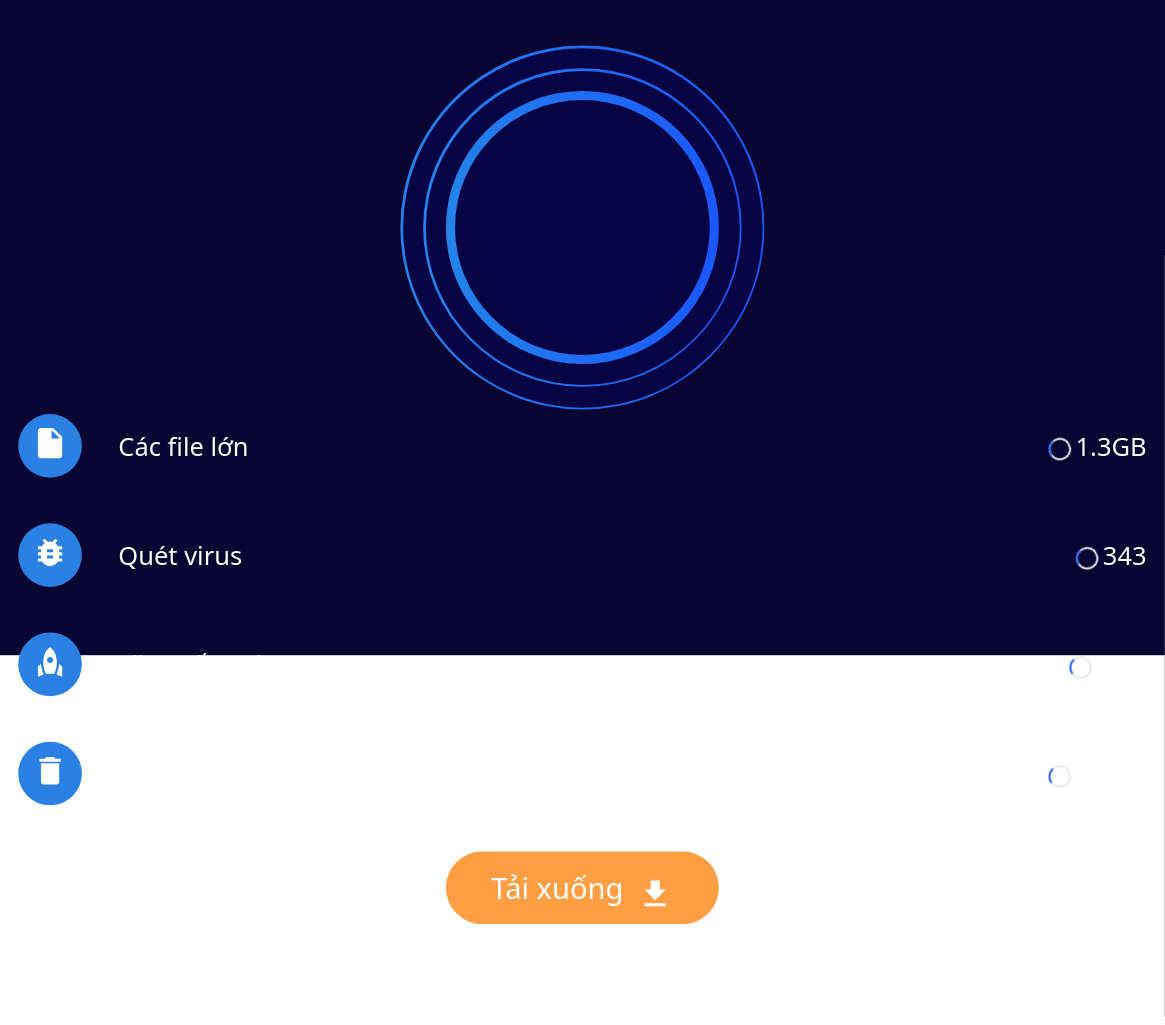
Repository: Kiendz3202/anti-virus-landingpage-mobile
Page: /, after clicking the first element matching `div.from-\[\#1CE5F8\]`
These files come from the project's save history. The page is drawn as it stood at one moment and after the next save; the edit follows.
The browser window is 1280 px wide. The pictures show the whole page, at 91% of full size.
The project was rebuilt for these pictures with package versions that can differ from the ones it lists, and the page was loaded fresh each time. The framework's server and built-in components were replaced by stand-ins that run in the browser. Also part of the build but not shown: next.config.js.

Above is the page before, as saved 2023-01-08 19:49:37.

### pages/index.js
import HomeView from '../views';

export default function Home() {
	return <HomeView />;
}

### styles/globals.css
@tailwind base;
@tailwind components;
@tailwind utilities;

@layer base {
	html {
		/* font-size: calc(15px + 0.390625vw); //15px */
		font-size: 10px;
	}

	* {
		box-sizing: border-box;
	}

	@media (max-width: 640px) {
		html {
			font-size: 7px;
		}
	}

	@media (min-width: 640px) {
		html {
			font-size: 7px;
		}
	}

	@media (min-width: 768px) {
		html {
			font-size: 8px;
		}
	}

	@media (min-width: 1024px) {
		html {
			font-size: 9px;
		}
	}

	@media (min-width: 1280px) {
		html {
			font-size: 10px;
		}
	}
}

### views/index.js
import React, { useEffect, useState } from 'react';
import ScanResult from '../components/ScanResult';
import ScanShield from '../components/ScanShield';
import { delay } from '../utils/delay';

function HomeView() {
	// const [isCheckingInitial, setIsCheckingInitial] = useState(true);
	const [loadingScan, setLoadingScan] = useState(false);
	const [showResult, setShowResult] = useState(false);
	// useEffect(() => {
	// 	const intervalID = setTimeout(() => {
	// 		setIsCheckingInitial((toggle) => !toggle);
	// 	}, 2000);

	// 	return () => clearInterval(intervalID);
	// }, []);

	const scanHandle = async () => {
		if (!showResult) {
			// setIsCheckingInitial(false);
			setLoadingScan(true);
			// await delay(4000);
			setLoadingScan(false);
			setShowResult(true);
		}
	};
	return (
		<div className="h-screen bg-[#080533]">
			<div
				className={` w-full   transition-all ease-in-out duration-[1500ms]  ${
					showResult ? ' h-[0px]' : 'h-screen pt-[20rem]'
				}`}
			>
				<div
					className={`bg-[#08043D] h-[40rem] w-[40rem] mx-auto rounded-full flex items-center justify-center ${
						showResult ? 'hidden' : ''
					}`}
				>
					<div className=" bg-[#070446] h-[32rem] w-[32rem] rounded-full flex items-center justify-center relative">
						<div className="bg-gradient-to-r from-[#0F2171] to-[#075DAF] h-[28rem] w-[28rem] rounded-full flex items-center justify-center animate-spin"></div>
						<div
							onClick={scanHandle}
							className=" bg-gradient-to-r from-[#1CE5F8] to-[#0092FF] h-[24rem] w-[24rem] rounded-full flex items-center justify-center absolute top-[4rem]"
						>
							<div className=" bg-gradient-to-r from-[#08042E] to-[#060075] h-[23rem] w-[23rem] rounded-full flex items-center justify-center ">
								<span className="text-white text-[6rem] font-semibold">
									Quét
								</span>
							</div>
						</div>
					</div>
				</div>
			</div>
			{showResult ? (
				<div className="text-white pt-[5rem]">
					<ScanShield showResult={showResult} />
					<ScanResult />
				</div>
			) : (
				''
			)}
		</div>
	);
}

export default HomeView;

### components/ScanResult.js
import InsertDriveFileIcon from '@mui/icons-material/InsertDriveFile';
import BugReportIcon from '@mui/icons-material/BugReport';
import RocketIcon from '@mui/icons-material/Rocket';
import DeleteIcon from '@mui/icons-material/Delete';
import FileDownloadIcon from '@mui/icons-material/FileDownload';
import { useState, useEffect } from 'react';
import { delay } from '../utils/delay';

function getRandomArbitrary(min, max) {
	return Math.random() * (max - min) + min;
}

function ScanResult() {
	const [isScanning, setIsScanning] = useState(true);
	const [bigFile, setBigFile] = useState(
		getRandomArbitrary(0.3, 2).toString().slice(0, 3)
	);
	const [virus, setVirus] = useState(
		getRandomArbitrary(108, 352).toString().split('.')[0]
	);
	const [speedPercent, setSpeedPercent] = useState(
		getRandomArbitrary(30, 80).toString().split('.')[0]
	);
	const [trashFile, setTrashFile] = useState(
		getRandomArbitrary(0.2, 3).toString().slice(0, 3)
	);
	const arr = Array.from(Array(30).keys());

	const loopAsync = async () => {
		for (const number of arr) {
			setBigFile(() => getRandomArbitrary(0.3, 2).toString().slice(0, 3));
			setVirus(
				() => getRandomArbitrary(108, 352).toString().split('.')[0]
			);
			setSpeedPercent(
				() => getRandomArbitrary(30, 80).toString().split('.')[0]
			);
			setTrashFile(() =>
				getRandomArbitrary(0.2, 3).toString().slice(0, 3)
			);
			await delay(200);
		}
		setIsScanning(false);
	};
	useEffect(() => {
		loopAsync();
	}, []);

	// const bigFile = getRandomArbitrary(0.3, 2).toString().slice(0, 3);
	// const virus = getRandomArbitrary(108, 352).toString().split('.')[0];
	// const speedPercent = getRandomArbitrary(30, 80).toString().split('.')[0];
	// const trashFile = getRandomArbitrary(0.2, 3).toString().slice(0, 3);
	// console.log(trashFile);
	return (
		<div className="mt-[3rem]">
			{/* big file  */}
			<div className="flex justify-between  h-[12rem] items-center text-[2.8rem] font-medium ">
				<div>
					<div className="bg-[#2A81E3] text-white rounded-full w-[7rem] h-[7rem] ml-[2rem]">
						<InsertDriveFileIcon
							sx={{
								fontSize: '4rem',
								marginLeft: '1.5rem',
								marginTop: '1.2rem',
							}}
						/>
					</div>
				</div>
				<div className=" mr-auto ml-[4rem]">Các file lớn</div>
				<div className="flex">
					{isScanning && (
						<div role="status">
							<svg
								aria-hidden="true"
								class="inline w-10 h-10 mr-2 text-gray-200 animate-spin dark:text-gray-600 fill-blue-600"
								viewBox="0 0 100 101"
								fill="none"
								xmlns="http://www.w3.org/2000/svg"
							>
								<path
									d="M100 50.5908C100 78.2051 77.6142 100.591 50 100.591C22.3858 100.591 0 78.2051 0 50.5908C0 22.9766 22.3858 0.59082 50 0.59082C77.6142 0.59082 100 22.9766 100 50.5908ZM9.08144 50.5908C9.08144 73.1895 27.4013 91.5094 50 91.5094C72.5987 91.5094 90.9186 73.1895 90.9186 50.5908C90.9186 27.9921 72.5987 9.67226 50 9.67226C27.4013 9.67226 9.08144 27.9921 9.08144 50.5908Z"
									fill="currentColor"
								/>
								<path
									d="M93.9676 39.0409C96.393 38.4038 97.8624 35.9116 97.0079 33.5539C95.2932 28.8227 92.871 24.3692 89.8167 20.348C85.8452 15.1192 80.8826 10.7238 75.2124 7.41289C69.5422 4.10194 63.2754 1.94025 56.7698 1.05124C51.7666 0.367541 46.6976 0.446843 41.7345 1.27873C39.2613 1.69328 37.813 4.19778 38.4501 6.62326C39.0873 9.04874 41.5694 10.4717 44.0505 10.1071C47.8511 9.54855 51.7191 9.52689 55.5402 10.0491C60.8642 10.7766 65.9928 12.5457 70.6331 15.2552C75.2735 17.9648 79.3347 21.5619 82.5849 25.841C84.9175 28.9121 86.7997 32.2913 88.1811 35.8758C89.083 38.2158 91.5421 39.6781 93.9676 39.0409Z"
									fill="currentFill"
								/>
							</svg>
							<span class="sr-only">Loading...</span>
						</div>
					)}
					<div className="pr-[2rem]">{bigFile}GB</div>
				</div>
			</div>
			{/* diet virus  */}
			<div className="flex justify-between  h-[12rem] items-center text-[2.8rem] font-medium">
				<div>
					<div className="bg-[#2A81E3] text-white rounded-full w-[7rem] h-[7rem] ml-[2rem]">
						<BugReportIcon
							sx={{
								fontSize: '4rem',
								marginLeft: '1.5rem',
								marginTop: '1.2rem',
							}}
						/>
					</div>
				</div>
				<div className=" mr-auto ml-[4rem]">Quét virus</div>
				<div className="flex">
					{isScanning && (
						<div role="status">
							<svg
								aria-hidden="true"
								class="inline w-10 h-10 mr-2 text-gray-200 animate-spin dark:text-gray-600 fill-blue-600"
								viewBox="0 0 100 101"
								fill="none"
								xmlns="http://www.w3.org/2000/svg"
							>
								<path
									d="M100 50.5908C100 78.2051 77.6142 100.591 50 100.591C22.3858 100.591 0 78.2051 0 50.5908C0 22.9766 22.3858 0.59082 50 0.59082C77.6142 0.59082 100 22.9766 100 50.5908ZM9.08144 50.5908C9.08144 73.1895 27.4013 91.5094 50 91.5094C72.5987 91.5094 90.9186 73.1895 90.9186 50.5908C90.9186 27.9921 72.5987 9.67226 50 9.67226C27.4013 9.67226 9.08144 27.9921 9.08144 50.5908Z"
									fill="currentColor"
								/>
								<path
									d="M93.9676 39.0409C96.393 38.4038 97.8624 35.9116 97.0079 33.5539C95.2932 28.8227 92.871 24.3692 89.8167 20.348C85.8452 15.1192 80.8826 10.7238 75.2124 7.41289C69.5422 4.10194 63.2754 1.94025 56.7698 1.05124C51.7666 0.367541 46.6976 0.446843 41.7345 1.27873C39.2613 1.69328 37.813 4.19778 38.4501 6.62326C39.0873 9.04874 41.5694 10.4717 44.0505 10.1071C47.8511 9.54855 51.7191 9.52689 55.5402 10.0491C60.8642 10.7766 65.9928 12.5457 70.6331 15.2552C75.2735 17.9648 79.3347 21.5619 82.5849 25.841C84.9175 28.9121 86.7997 32.2913 88.1811 35.8758C89.083 38.2158 91.5421 39.6781 93.9676 39.0409Z"
									fill="currentFill"
								/>
							</svg>
							<span class="sr-only">Loading...</span>
						</div>
					)}
					<div className="pr-[2rem]">{virus}</div>
				</div>
			</div>
			{/* tang toc  */}
			<div className="flex justify-between  h-[12rem] items-center text-[2.8rem] font-medium">
				<div>
					<div className="bg-[#2A81E3] text-white rounded-full w-[7rem] h-[7rem] ml-[2rem]">
						<RocketIcon
							sx={{
								fontSize: '4rem',
								marginLeft: '1.5rem',
								marginTop: '1.2rem',
							}}
						/>
					</div>
				</div>
				<div className=" mr-auto ml-[4rem]">Tăng tốc máy</div>
				<div className="flex">
					{isScanning && (
						<div role="status">
							<svg
								aria-hidden="true"
								class="inline w-10 h-10 mr-2 text-gray-200 animate-spin dark:text-gray-600 fill-blue-600"
								viewBox="0 0 100 101"
								fill="none"
								xmlns="http://www.w3.org/2000/svg"
							>
								<path
									d="M100 50.5908C100 78.2051 77.6142 100.591 50 100.591C22.3858 100.591 0 78.2051 0 50.5908C0 22.9766 22.3858 0.59082 50 0.59082C77.6142 0.59082 100 22.9766 100 50.5908ZM9.08144 50.5908C9.08144 73.1895 27.4013 91.5094 50 91.5094C72.5987 91.5094 90.9186 73.1895 90.9186 50.5908C90.9186 27.9921 72.5987 9.67226 50 9.67226C27.4013 9.67226 9.08144 27.9921 9.08144 50.5908Z"
									fill="currentColor"
								/>
								<path
									d="M93.9676 39.0409C96.393 38.4038 97.8624 35.9116 97.0079 33.5539C95.2932 28.8227 92.871 24.3692 89.8167 20.348C85.8452 15.1192 80.8826 10.7238 75.2124 7.41289C69.5422 4.10194 63.2754 1.94025 56.7698 1.05124C51.7666 0.367541 46.6976 0.446843 41.7345 1.27873C39.2613 1.69328 37.813 4.19778 38.4501 6.62326C39.0873 9.04874 41.5694 10.4717 44.0505 10.1071C47.8511 9.54855 51.7191 9.52689 55.5402 10.0491C60.8642 10.7766 65.9928 12.5457 70.6331 15.2552C75.2735 17.9648 79.3347 21.5619 82.5849 25.841C84.9175 28.9121 86.7997 32.2913 88.1811 35.8758C89.083 38.2158 91.5421 39.6781 93.9676 39.0409Z"
									fill="currentFill"
								/>
							</svg>
							<span class="sr-only">Loading...</span>
						</div>
					)}
					<div className="pr-[2rem]">{speedPercent}%</div>
				</div>
			</div>
			{/* Các file rác   */}
			<div className="flex justify-between  h-[12rem] items-center text-[2.8rem] font-medium">
				<div>
					<div className="bg-[#2A81E3] text-white rounded-full w-[7rem] h-[7rem] ml-[2rem]">
						<DeleteIcon
							sx={{
								fontSize: '4rem',
								marginLeft: '1.5rem',
								marginTop: '1.2rem',
							}}
						/>
					</div>
				</div>
				<div className=" mr-auto ml-[4rem]">Các file rác</div>
				<div className="flex">
					{isScanning && (
						<div role="status">
							<svg
								aria-hidden="true"
								class="inline w-10 h-10 mr-2 text-gray-200 animate-spin dark:text-gray-600 fill-blue-600"
								viewBox="0 0 100 101"
								fill="none"
								xmlns="http://www.w3.org/2000/svg"
							>
								<path
									d="M100 50.5908C100 78.2051 77.6142 100.591 50 100.591C22.3858 100.591 0 78.2051 0 50.5908C0 22.9766 22.3858 0.59082 50 0.59082C77.6142 0.59082 100 22.9766 100 50.5908ZM9.08144 50.5908C9.08144 73.1895 27.4013 91.5094 50 91.5094C72.5987 91.5094 90.9186 73.1895 90.9186 50.5908C90.9186 27.9921 72.5987 9.67226 50 9.67226C27.4013 9.67226 9.08144 27.9921 9.08144 50.5908Z"
									fill="currentColor"
								/>
								<path
									d="M93.9676 39.0409C96.393 38.4038 97.8624 35.9116 97.0079 33.5539C95.2932 28.8227 92.871 24.3692 89.8167 20.348C85.8452 15.1192 80.8826 10.7238 75.2124 7.41289C69.5422 4.10194 63.2754 1.94025 56.7698 1.05124C51.7666 0.367541 46.6976 0.446843 41.7345 1.27873C39.2613 1.69328 37.813 4.19778 38.4501 6.62326C39.0873 9.04874 41.5694 10.4717 44.0505 10.1071C47.8511 9.54855 51.7191 9.52689 55.5402 10.0491C60.8642 10.7766 65.9928 12.5457 70.6331 15.2552C75.2735 17.9648 79.3347 21.5619 82.5849 25.841C84.9175 28.9121 86.7997 32.2913 88.1811 35.8758C89.083 38.2158 91.5421 39.6781 93.9676 39.0409Z"
									fill="currentFill"
								/>
							</svg>
							<span class="sr-only">Loading...</span>
						</div>
					)}
					<div className="pr-[2rem]">{trashFile}GB</div>
				</div>
			</div>
			{/* Tai ung dung   */}
			<div className="flex flex-col   items-center text-[3.2rem] font-medium mt-[4rem] pb-[3rem]">
				<div className="flex items-center justify-center bg-[#FF9E43] text-white rounded-full w-[30rem] h-[8rem] active:opacity-60 cursor-pointer animate-bounce">
					<div>Tải xuống</div>
					<div>
						<FileDownloadIcon
							sx={{
								fontSize: '4rem',
								marginLeft: '1.5rem',
								marginTop: '1.2rem',
							}}
						/>
					</div>
				</div>
				<div className="mt-[3rem] text-[2.4rem] font-normal">
					Tải ứng dụng để diệt tận gốc
				</div>
			</div>
		</div>
	);
}

export default ScanResult;

### components/ScanShield.js
import React, { useEffect, useState } from 'react';
import { delay } from '../utils/delay';

function ScanShield({ showResult }) {
	const [stopAnimation, setStopAnimation] = useState(false);
	const [display, setDisplay] = useState(true);
	useEffect(() => {
		const stopAnimationHandle = async () => {
			await delay(6000);
			setStopAnimation(true);
			setDisplay(false);
		};
		stopAnimationHandle();
	}, []);
	return (
		<div
			className={`transition-all ease-in-out duration-[1500ms] ${
				display ? 'h-[35rem]' : 'h-[0rem] opacity-0'
			}`}
		>
			<div
				className={` bg-gradient-to-r from-[#2483EA] to-[#1A58FD] h-[40rem] w-[40rem] mx-auto rounded-full flex items-center justify-center`}
			>
				<div className=" bg-[#070446] h-[39.5rem] w-[39.5rem] rounded-full flex items-center justify-center ">
					<div
						className={` bg-gradient-to-r from-[#2483EA] to-[#1A58FD] h-[35rem] w-[35rem] mx-auto rounded-full flex items-center justify-center `}
					>
						<div className=" bg-[#070446] h-[34.5rem] w-[34.5rem] rounded-full flex items-center justify-center ">
							<div className="  bg-gradient-to-r from-[#2483EA] to-[#1A58FD] h-[30rem] w-[30rem] rounded-full flex items-center justify-center ">
								<div className='className=" bg-[#070446] h-[28rem] w-[28rem] rounded-full flex items-center justify-center "'>
									<img
										src="/shield.png"
										className={`${
											stopAnimation ? '' : 'animate-ping'
										}`}
									/>
								</div>
							</div>
						</div>
					</div>
				</div>
			</div>
		</div>
	);
}

export default ScanShield;

### utils/delay.js
export const delay = (m) => new Promise((r) => setTimeout(r, m));

### tailwind.config.js
/** @type {import('tailwindcss').Config} */
module.exports = {
	content: [
		'./pages/**/*.{js,ts,jsx,tsx}',
		'./components/**/*.{js,ts,jsx,tsx}',
		'./views/**/*.{js,ts,jsx,tsx}',
	],
	theme: {
		extend: {},
	},
	plugins: [],
};

Loaded but not shown: pages/_app.js (common file); pages/_document.js (common file)

After the next save:
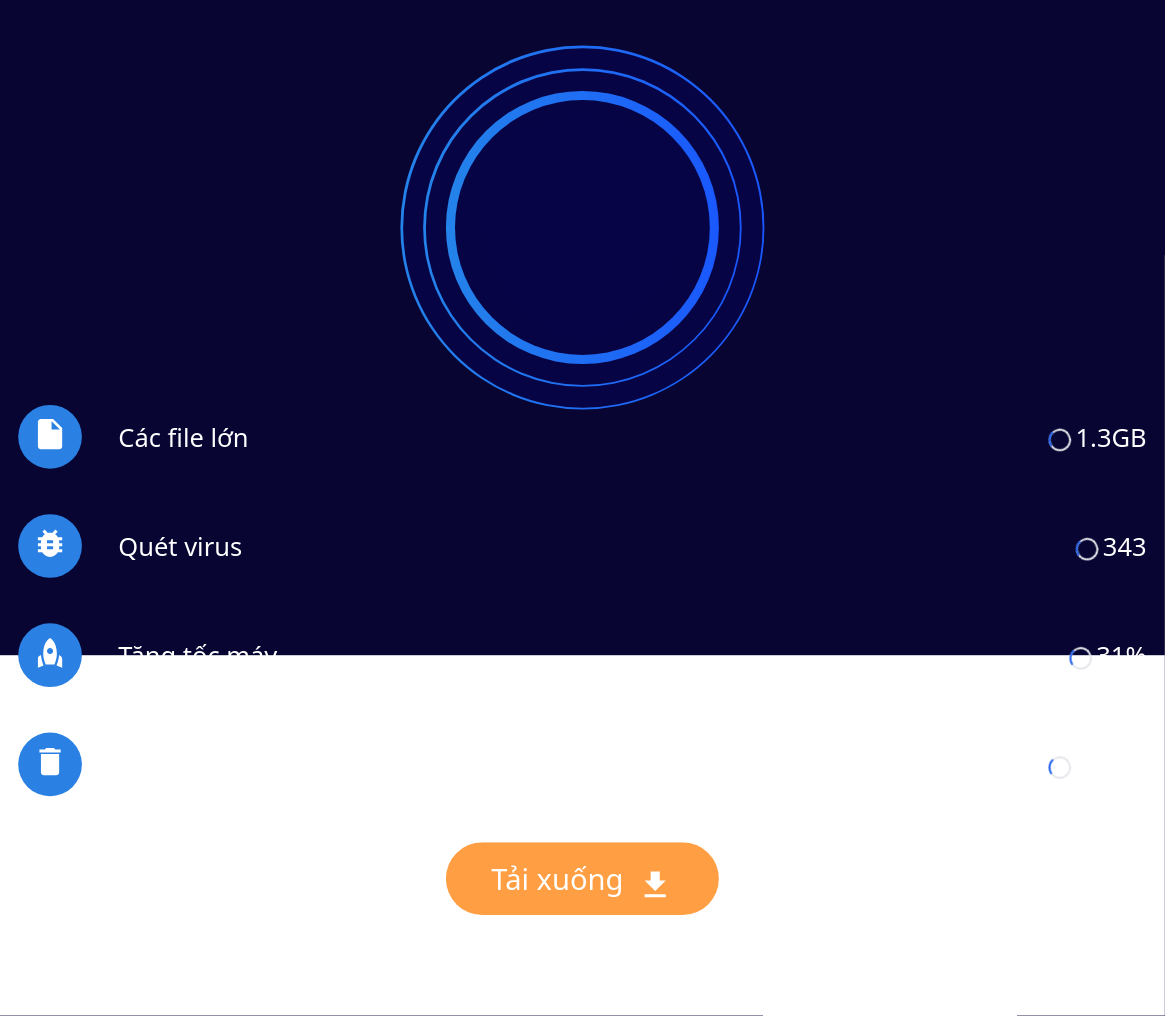
Saved 7 s later.
--- a/components/ScanShield.js
+++ b/components/ScanShield.js
@@ -15,7 +15,7 @@
 	return (
 		<div
 			className={`transition-all ease-in-out duration-[1500ms] ${
-				display ? 'h-[35rem]' : 'h-[0rem] opacity-0'
+				display ? 'h-[34rem]' : 'h-[0rem] opacity-0'
 			}`}
 		>
 			<div
